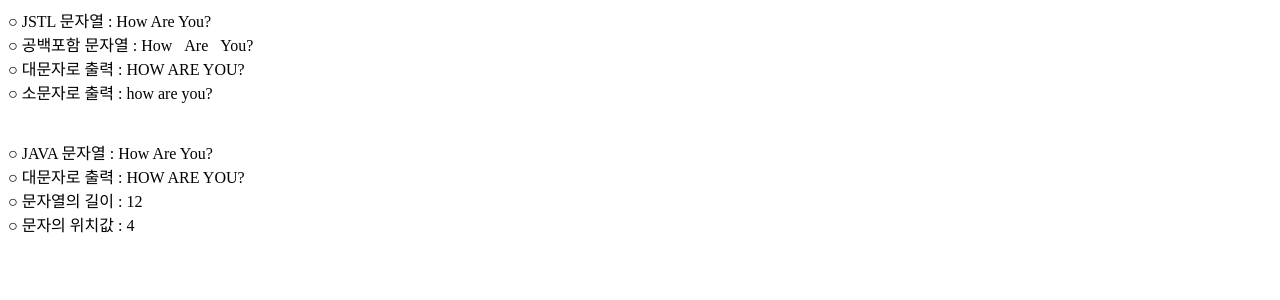
Repository: youngmoon525/Jsp_Servlet
Page: http://localhost/03.JSP/jsp40.jsp
These files come from the project's save history. The page is drawn as it stood at one moment and after the next save; the edit follows.
The browser window is 1280 px wide. The pictures show the whole page.
The page is served by Tomcat 9.

Above is the page before, as saved 2021-09-10 01:02:09.

After the next save:
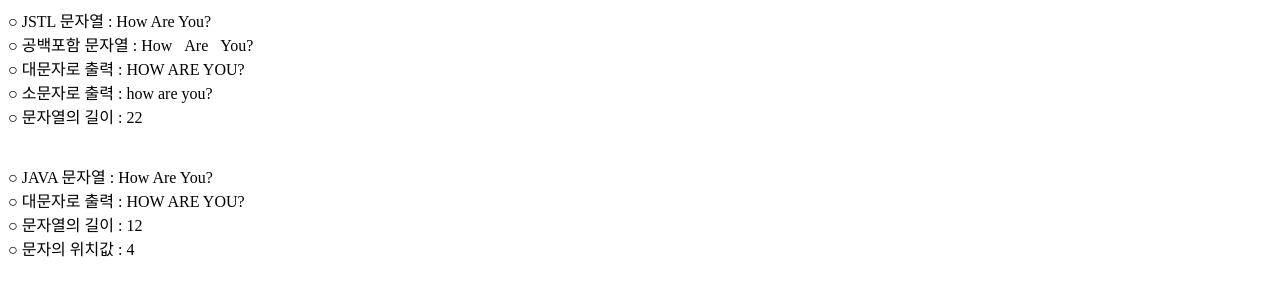
Saved 38 s later.
--- a/workspace/03.JSP/WebContent/jsp40.jsp
+++ b/workspace/03.JSP/WebContent/jsp40.jsp
@@ -13,6 +13,7 @@
 ○ 공백포함 문자열 : How&nbsp;&nbsp;&nbsp;Are&nbsp;&nbsp;&nbsp;You?<br/>
 ○ 대문자로 출력 : ${fn:toUpperCase(str) }<br/>
 ○ 소문자로 출력 : ${fn:toLowerCase(str) }<br/>
+○ 문자열의 길이 : ${fn:length(str) }<br/>
 
 
 <br/><br/>
